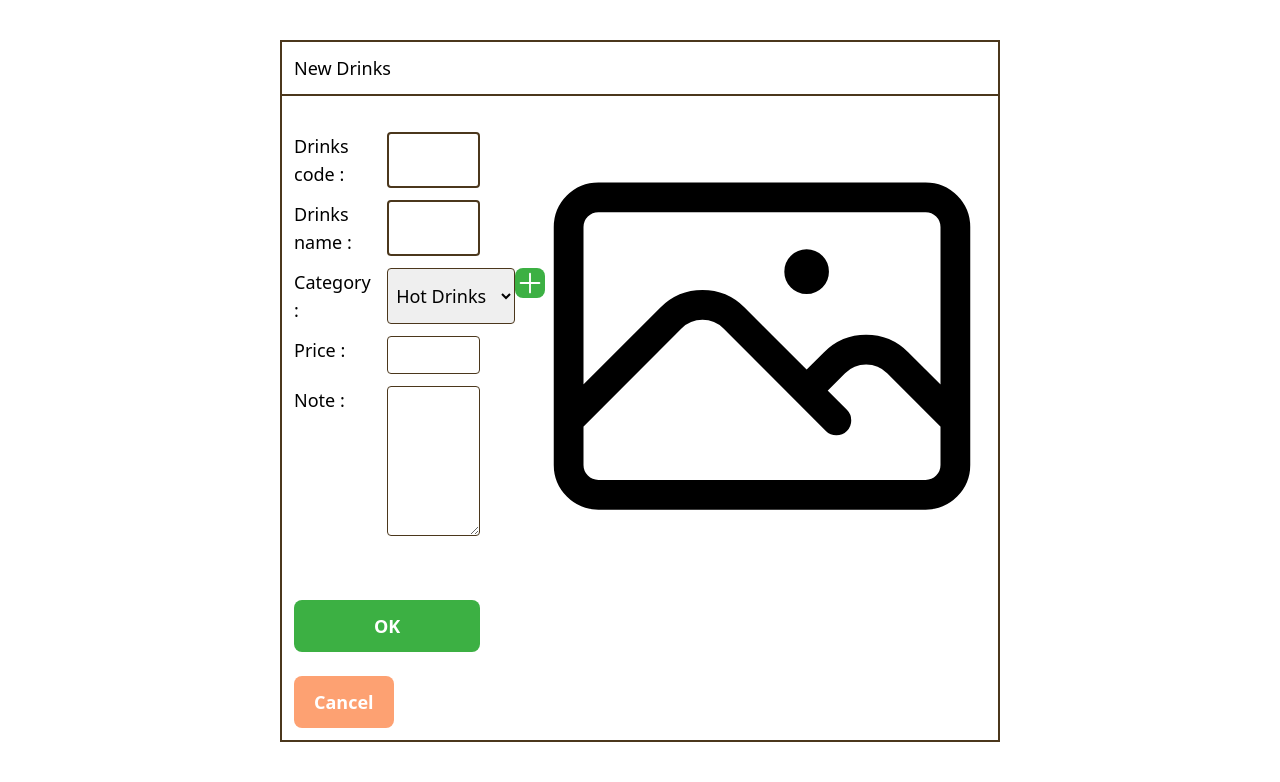
Repository: Dapravith/Midterm-SE-GIC-Cafe-Project-Group16
Page: src/main/resources/templates/addDrink.html
The author's editor kept a copy of each file at every save. The page is drawn from the files as they stood at one save, then again after the next save.
The browser window is 1280 px wide. The pictures show the whole page.
Some web libraries are served in a nearby version.

Above is the page before, as saved 2023-05-16 22:11:37.

After the next save:
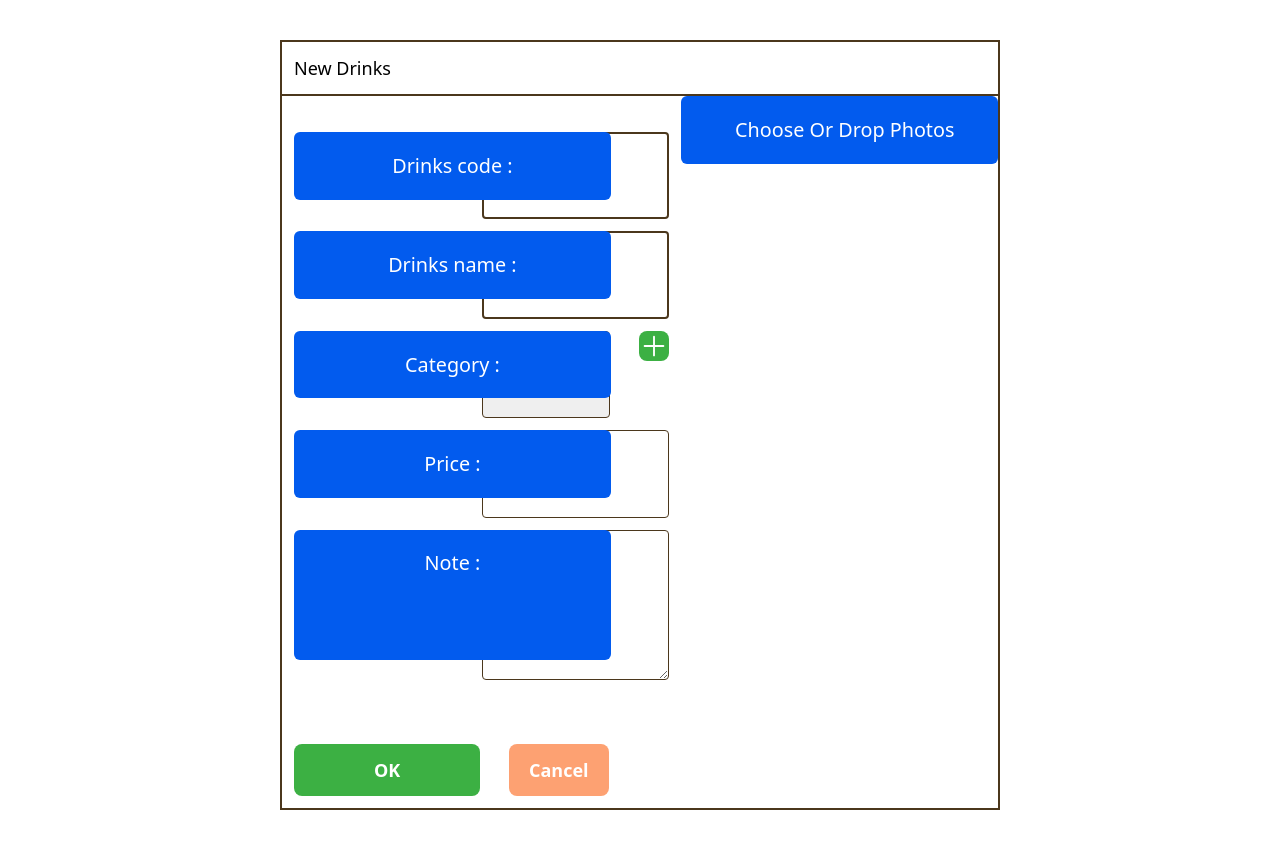
Saved 8 min 45 s later.
--- a/src/main/resources/templates/addDrink.html
+++ b/src/main/resources/templates/addDrink.html
@@ -16,6 +16,70 @@
 
         button:hover {
             box-shadow: 0 13px 18px 0 rgba(151, 208, 27, 0.24), 0 19px 50px 0 rgba(238, 227, 21, 0.19);
+        }
+
+        .container {
+            background-color: #ffffff;
+            width: 60%;
+            min-width: 37.5em;
+            padding: 3.12em 1.87em;
+            position: absolute;
+            transform: translateX(-50%);
+            left: 50%;
+            top: 1em;
+            box-shadow: 0 1.25em 3.43em rgba(0, 0, 0, 0.08);
+            border-radius: 0.5em;
+        }
+
+        input[type="file"] {
+            display: none;
+        }
+
+        label {
+            display: block;
+            position: relative;
+            background-color: #025bee;
+            color: #ffffff;
+            font-size: 1.1em;
+            text-align: center;
+            width: 16em;
+            padding: 1em 0;
+            border-radius: 0.3em;
+            margin: 0 auto 1em auto;
+            cursor: pointer;
+        }
+
+        #image-display {
+            position: relative;
+            width: 90%;
+            margin: 0 auto;
+            display: flex;
+            justify-content: space-evenly;
+            gap: 1.25em;
+            flex-wrap: wrap;
+        }
+
+        #image-display figure {
+            width: 45%;
+        }
+
+        #image-display img {
+            width: 100%;
+        }
+
+        #image-display figcaption {
+            font-size: 0.8em;
+            text-align: center;
+            color: #5a5861;
+        }
+
+        .active {
+            border: 0.2em dashed #025bee;
+        }
+
+        #error {
+            text-align: center;
+            color: #ff3030;
         }
     </style>
 </head>
@@ -74,17 +138,12 @@
                     <button class=" py-3 px-5 bg-[#FDA172] text-center text-white  font-bold p-3 m-3 inline-block cursor-pointer duration-100 rounded-lg">Cancel</button>
                 </div>
             </div>
-            <div class=" img ml-5">
-                <form action="#">
-                    <input id="file-input" type="file" name="file" hidden>
-                    <label for="file-input">
-                        <svg xmlns="http://www.w3.org/2000/svg"  fill="none" viewBox="0 0 24 24" stroke-width="1.5" stroke="currentColor" class="cursor-pointer w-[500px] h-fit p-3">
-                            <path stroke-linecap="round" stroke-linejoin="round" d="M2.25 15.75l5.159-5.159a2.25 2.25 0 013.182 0l5.159 5.159m-1.5-1.5l1.409-1.409a2.25 2.25 0 013.182 0l2.909 2.909m-18 3.75h16.5a1.5 1.5 0 001.5-1.5V6a1.5 1.5 0 00-1.5-1.5H3.75A1.5 1.5 0 002.25 6v12a1.5 1.5 0 001.5 1.5zm10.5-11.25h.008v.008h-.008V8.25zm.375 0a.375.375 0 11-.75 0 .375.375 0 01.75 0z" />
-                          </svg>
-                    </label>
-
-                </form>
-
+            <div class="images">
+                <input type="file" id="upload-button" multiple accept="image/*" />
+                <label for="upload-button"><i class="fa-solid fa-upload"></i>&nbsp; Choose Or Drop Photos
+                </label>
+                <div id="error"></div>
+                <div id="image-display"></div>
             </div>
         </div>
     </div>
